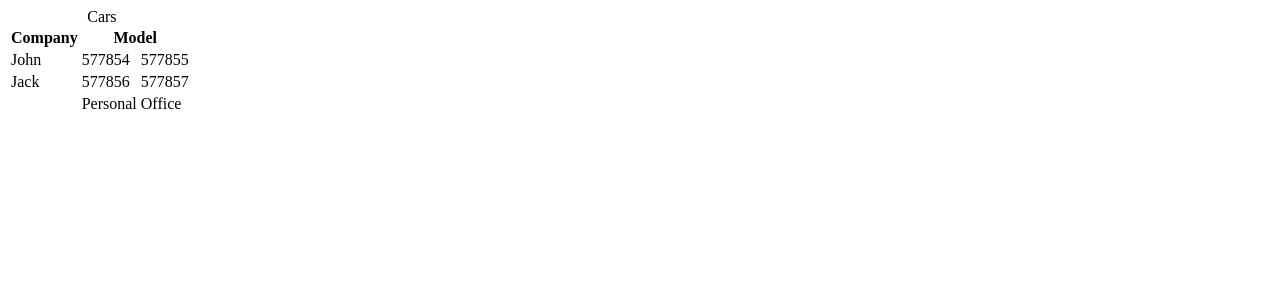
Repository: vgoins-RA2022/HTML-2
Page: index.html
An editor plug-in stored every save of this project. The page is shown before and after a run of saves, followed by the edit.
The browser window is 1280 px wide. The pictures show the whole page.

Above is the page before, as saved 2023-01-10 18:20:42.

### index.html
<!DOCTYPE html>
<html lang="en">

<head>
  <meta charset="UTF-8">
  <meta name="viewport" content="width=device-width, initial-scale=1">
  <link rel="stylesheet" href="..\\HTML-2\\src\\css\\Style.css" type="text/css">
  <title>HTML Table Assignment 2</title>
</head>

 <header>
    </header>

<body>
  <table><caption>Cars</caption>
    <thead>
    <tr>
      <th>Company</th>
      <th colspan="2">Model</th>
      <th colspan="3"Model</th></th>
    </tr>
    </thead>
    <tbody>
    <tr>
      <td>John</td>
      <td>577854</td>
      <td>577855</td>
    </tr>
    <tr>
      <td>Jack</td>
      <td>577856</td>
      <td>577857</td>
    </tr>
    </tbody>
    <tfoot>
    <tr>
      <td>&nbsp;</td>
      <td>Personal</td>
      <td>Office</td>
    </tr>
    </tfoot>
    </table>
</body>



</html>

Loaded but not shown: src/css/Style.css (no stored copy; drawn as an empty file)

After the next 3 saves:
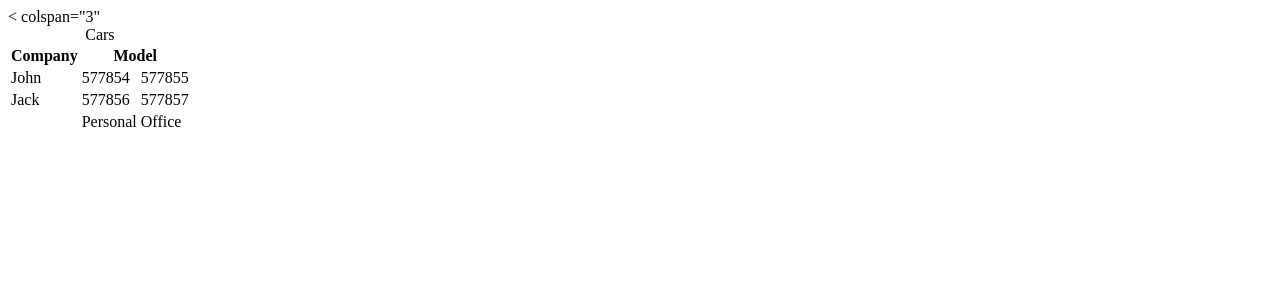
The 3 saves are shown as one change because they came seconds apart.
The last was saved 9 s later.
--- a/index.html
+++ b/index.html
@@ -17,7 +17,7 @@
     <tr>
       <th>Company</th>
       <th colspan="2">Model</th>
-      <th colspan="3"Model</th></th>
+      < colspan="3"</th>
     </tr>
     </thead>
     <tbody>
